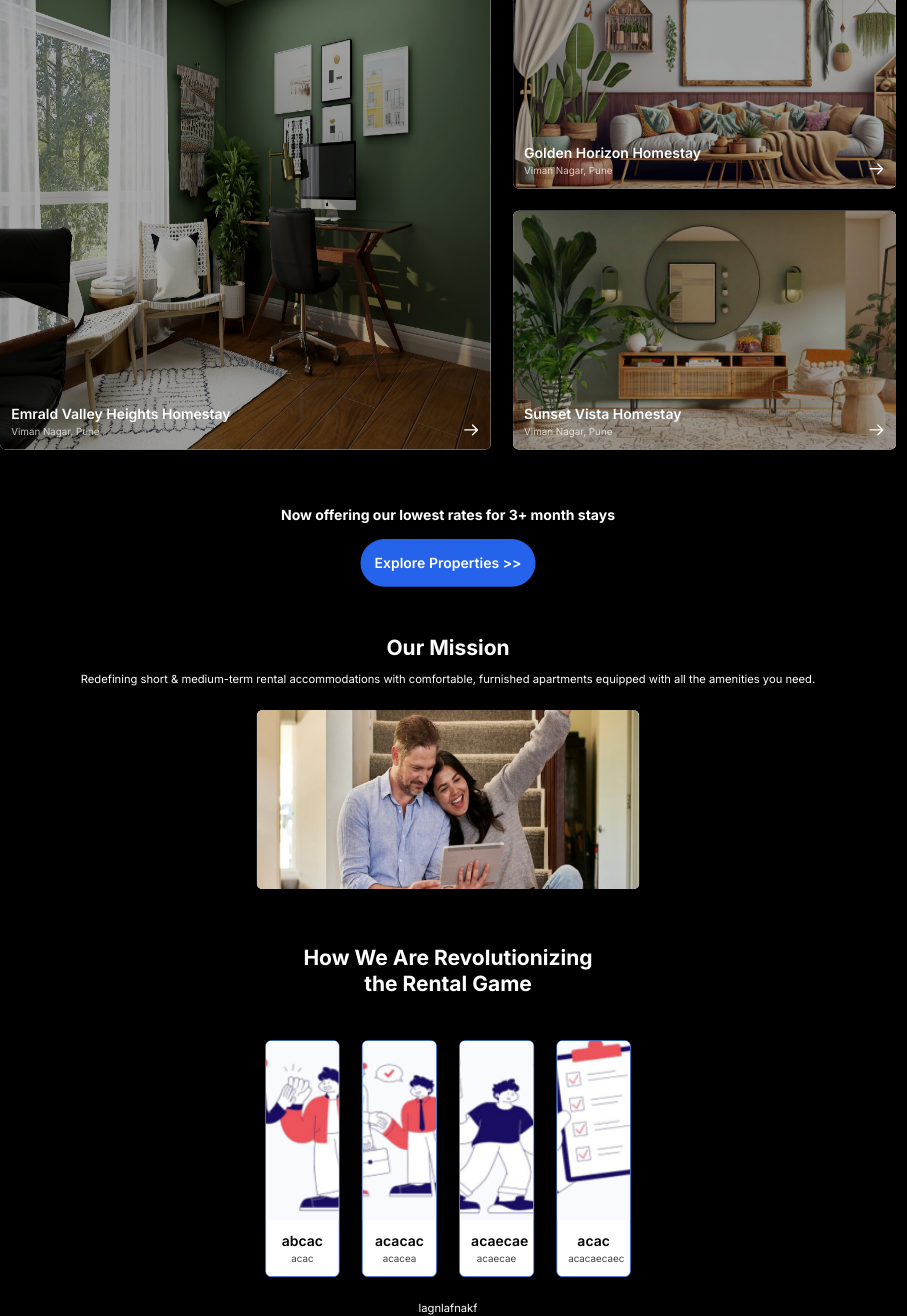
Repository: aditya-jha-kumar/BleisureHosting-V1
Page: /home
The author's editor kept a copy of each file at every save. The page is drawn from the files as they stood at one save, then again after a run of saves.
The browser window is 1280 px wide. The page is 1280 px wide, then 1296 px, then 1280 px, so the pictures cover 1296 px, including what lies to the right of the window. The pictures show the part of the page from y = 953 to 2833 px (the page is 2833 px tall before and 2777 px after), at 70% of full size.
The project was rebuilt for these pictures with package versions that can differ from the ones it lists, and the page was loaded fresh each time. The framework's server and built-in components were replaced by stand-ins that run in the browser. Also part of the build but not shown: next.config.mjs.

Above is the page before, as saved 2024-06-12 15:40:06.

### src/app/home/page.tsx
// Home.tsx
"use client";
// Home.tsx

import React from "react";
import Navbar from "@/components/navbar";
import Search from "@/components/Search";
import Hero from "@/components/hero";
import Card from "@/components/card";
import Button from "@/components/button";
import Card2 from "@/components/Card2";

export default function Home() {
  return (
    <div className="relative min-h-screen flex flex-col justify-center items-center">
      {/* Navbar */}
      <Navbar
        logoSrc="/logo.png"
        logoAlt=""
        option1="Place to stay"
        option2="Experience"
        option3="Nearby"
        option4="Contact"
        button1Label="Become a partner"
        button2Label="Sign up"
      />

      {/* Hero section */}
      <div className="relative rounded overflow-hidden flex-1">
        <Hero
          logoSrc="/hero.png"
          logoAlt="Your alt text here"
          className="rounded"
        />
        {/* Search component placed on Hero */}
        <div className="absolute inset-0 flex justify-center items-center">
          <Search placeholder="Search" />
        </div>
      </div>

      {/* Additional content */}
      <div className="flex flex-col items-center justify-center text-center mt-8 md:mt-12 px-4">
        <h1 className="text-3xl font-bold">Welcome to the future</h1>
        <p className="mt-4">
          Discover peace of mind, flexibility, and confidence for your next
          adventure - whether it's a new job, a temporary home, medical
          relocation, or travel cravings - with the ease and comfort of a
          Bleisure home
        </p>
      </div>

      {/* Cards */}
      <div className="flex justify-center mt-8 space-x-4 md:space-x-8">
        <Card
          imageSrc="/card1.png"
          largeText="Emrald Valley Heights Homestay"
          smallText="Viman Nagar, Pune"
          showOverlay
          showArrow
        />
        <div className="md:mt-4">
          {/* Add margin top for medium screens */}
          <Card
            imageSrc="/card2.png"
            largeText="Golden Horizon Homestay"
            smallText="Viman Nagar, Pune"
            showOverlay
            showArrow
          />
          <Card
            imageSrc="/card3.png"
            largeText="Sunset Vista Homestay"
            smallText="Viman Nagar, Pune"
            showOverlay
            showArrow
          />
        </div>
      </div>

      {/* Additional content */}
      <div className="flex flex-col items-center justify-center text-center mt-8 md:mt-12 px-4">
        <h1 className="text-xl font-bold">
          Now offering our lowest rates for 3+ month stays
        </h1>
        <Button text="Explore Properties >>" />
      </div>

      {/* Our Mission */}
      <div className="flex flex-col items-center justify-center text-center mt-8 md:mt-12 px-4">
        <h1 className="text-3xl font-bold">Our Mission</h1>
        <p className="mt-4">
          Redefining short & medium-term rental accommodations with comfortable,
          furnished apartments equipped with all the amenities you need.
        </p>
        <Card
          imageSrc="our-mission.png"
          largeText=""
          smallText=""
          smallSize // Pass this prop to decrease the size
        />
      </div>
      {/* revolutionizing */}
      <div>
        <div className="flex flex-col items-center justify-center text-center mt-8 md:mt-12 px-4">
          <h1 className="text-3xl font-bold">
            How We Are Revolutionizing <br /> the Rental Game
          </h1>
        </div>
      </div>
      <div className="flex justify-center mt-8 space-x-4 md:space-x-8">
        <Card2 imageSrc="/a1.png" largeText="abcac" smallText="acac" />
        <Card2 imageSrc="/a2.png" largeText="acacac" smallText="acacea" />
        <Card2 imageSrc="/a3.png" largeText="acaecae" smallText="acaecae" />
        <Card2 imageSrc="/a4.png" largeText="acac" smallText="acacaecaec" />
      </div>
      <div>
        <h1>lagnlafnakf</h1>
      </div>
    </div>
  );
}

### src/components/navbar.tsx
"use client"
import { useState } from "react";
import Link from "next/link";

interface NavbarProps {
  logoSrc: string;
  logoAlt: string;
  option1: string;
  option2: string;
  option3: string;
  option4: string;
  button1Label: string;
  button2Label: string;
}

const Navbar = ({
  logoSrc,
  logoAlt,
  option1,
  option2,
  option3,
  option4,
  button1Label,
  button2Label,
}: NavbarProps) => {
  const [isMenuOpen, setIsMenuOpen] = useState(false);

  const toggleMenu = () => {
    setIsMenuOpen(!isMenuOpen);
  };

  return (
    <nav className="bg-white dark:bg-white fixed w-full z-20 top-0 start-0 border-b">
      <div className="max-w-screen-xl flex flex-wrap items-center justify-between mx-auto p-4">
        <Link
          className="flex items-center space-x-3 rtl:space-x-reverse cursor-pointer"
          href="/"
        >
          <img src={logoSrc} className="h-8" alt={logoAlt} />
          <span className="self-center text-2xl font-semibold whitespace-nowrap dark:text-black">
            {logoAlt}
          </span>
        </Link>
        <div className="flex md:order-2 space-x-3 md:space-x-0 rtl:space-x-reverse">
          <button
            type="button"
            className="text-black bg-white border-black border-2 focus:ring-4 font-medium rounded-lg text-sm px-4 py-2 text-center transition duration-300 ease-in-out hover:bg-black hover:text-white hover:border-gray-800"
          >
            {button1Label}
          </button>

          <span className="px-2 py-2">|</span>
          <button
            type="button"
            className="text-white bg-blue-700 hover:bg-blue-800 focus:ring-4 focus:outline-none focus:ring-blue-300 font-medium rounded-lg text-sm px-4 py-2 text-center dark:bg-blue-600 dark:hover:bg-blue-700 dark:focus:ring-blue-800 transition duration-300 ease-in-out"
          >
            {button2Label}
          </button>

          <button
            data-collapse-toggle="navbar-sticky"
            type="button"
            className="inline-flex items-center p-2 w-10 h-10 justify-center text-sm text-gray-500 rounded-lg md:hidden hover:bg-gray-100 focus:outline-none focus:ring-2 focus:ring-gray-200 dark:text-gray-400 dark:hover:bg-gray-700 dark:focus:ring-gray-600 transition duration-300 ease-in-out"
            aria-controls="navbar-sticky"
            aria-expanded="false"
            onClick={toggleMenu}
          >
            <span className="sr-only">Open main menu</span>
            <svg
              className="w-5 h-5"
              aria-hidden="true"
              xmlns="http://www.w3.org/2000/svg"
              fill="none"
              viewBox="0 0 17 14"
            >
              <path
                stroke="currentColor"
                strokeLinecap="round"
                strokeLinejoin="round"
                strokeWidth="2"
                d="M1 1h15M1 7h15M1 13h15"
              />
            </svg>
          </button>
        </div>
        <div
          className={`items-center justify-between w-full md:flex md:w-auto md:order-1 ${
            isMenuOpen ? "block" : "hidden"
          }`}
          id="navbar-sticky"
        >
          <ul className="flex flex-col p-4 md:p-0 mt-4 font-medium border border-gray-100 rounded-lg bg-gray-50 md:space-x-8 rtl:space-x-reverse md:flex-row md:mt-0 md:border-0 md:bg-white">
            <li>
              <Link
                className="block py-2 px-3 text-gray-900 rounded hover:bg-gray-100 md:hover:bg-transparent md:hover:text-blue-700 md:p-0 md:dark:hover:text-blue-500 dark:text-black dark:hover:bg-gray-700 dark:hover:text-black md:dark:hover:bg-transparent dark:border-gray-700 transition duration-300 ease-in-out"
                aria-current="page"
                href="/placetostay"
              >
                {option1}
              </Link>
            </li>
            <li>
              <Link
                className="block py-2 px-3 text-gray-900 rounded hover:bg-gray-100 md:hover:bg-transparent md:hover:text-blue-700 md:p-0 md:dark:hover:text-blue-500 dark:text-black dark:hover:bg-gray-700 dark:hover:text-black md:dark:hover:bg-transparent dark:border-gray-700 transition duration-300 ease-in-out"
                href="/about"
              >
                {option2}
              </Link>
            </li>
            <li>
              <Link
                className="block py-2 px-3 text-gray-900 rounded hover:bg-gray-100 md:hover:bg-transparent md:hover:text-blue-700 md:p-0 md:dark:hover:text-blue-500 dark:text-black dark:hover:bg-gray-700 dark:hover:text-black md:dark:hover:bg-transparent dark:border-gray-700 transition duration-300 ease-in-out"
                href="/services"
              >
                {option3}
              </Link>
            </li>
            <li>
              <Link
                className="block py-2 px-3 text-gray-900 rounded hover:bg-gray-100 md:hover:bg-transparent md:hover:text-blue-700 md:p-0 md:dark:hover:text-blue-500 dark:text-black dark:hover:bg-gray-700 dark:hover:text-black md:dark:hover:bg-transparent dark:border-gray-700 transition duration-300 ease-in-out"
                href="/contact"
              >
                {option4}
              </Link>
            </li>
          </ul>
        </div>
      </div>
    </nav>
  );
};

export default Navbar;

### src/components/Search.tsx
"use client";
import React from "react";

interface SearchProps {
  placeholder: string;
}

const Search = ({ placeholder }: SearchProps) => {
  return (
    <div className="relative">
      <input
        type="text"
        placeholder={placeholder}
        className="w-full h-12 px-4 py-2 rounded-lg border border-gray-300 focus:outline-none focus:border-blue-500"
      />
      <button className="absolute inset-y-0 right-0 flex items-center px-4 bg-blue-500 text-white rounded-r-lg">
        Search
      </button>
    </div>
  );
};

export default Search;

### src/components/hero.tsx
"use client";
import React from "react";

interface HeroProps {
  logoSrc: string;
  logoAlt: string;
  className?: string; // Make className optional
}

const Hero = ({ logoSrc, logoAlt, className }: HeroProps) => {
  return (
    <div className={className}>
      <div>
        <img src={logoSrc} alt={logoAlt} />
      </div>
    </div>
  );
};

export default Hero;

### src/components/card.tsx
"use client";
import React from "react";

interface CardProps {
  imageSrc: string;
  largeText: string;
  smallText: string;
  showOverlay?: boolean; // Optional prop to show/hide overlay
  showArrow?: boolean; // Optional prop to show/hide arrow
  smallSize?: boolean; // Optional prop to decrease card size
}

const Card = ({
  imageSrc,
  largeText,
  smallText,
  showOverlay = false,
  showArrow = false,
  smallSize = false,
}: CardProps) => {
  return (
    <div
      className={`relative bg-white rounded-lg shadow-md overflow-hidden group my-8 ${
        smallSize ? "w-250 h-64" : "w-full h-auto"
      }`}
    >
      {/* Image */}
      <div className="w-full h-full relative">
        <img src={imageSrc} alt="Card" className="w-full h-full" />
        {/* Black overlay */}
        {showOverlay && (
          <div className="absolute inset-0 bg-black opacity-35 rounded-lg"></div>
        )}
      </div>

      {/* Large Text */}
      <div className="absolute bottom-0 left-0 p-4">
        <h2 className="text-xl font-semibold text-white">{largeText}</h2>
        <p className="text-sm text-white opacity-75">{smallText}</p>
      </div>

      {/* Arrow Icon */}
      {showArrow && (
        <div className="absolute bottom-0 right-0 p-4">
          <svg
            xmlns="http://www.w3.org/2000/svg"
            className="h-6 w-6 text-white"
            fill="none"
            viewBox="0 0 24 24"
            stroke="currentColor"
          >
            <path
              strokeLinecap="round"
              strokeLinejoin="round"
              strokeWidth={2}
              d="M14 5l7 7m0 0l-7 7m7-7H3"
            />
          </svg>
        </div>
      )}
    </div>
  );
};

export default Card;

### src/components/button.tsx
import React from "react";

interface ButtonProps {
  text: string;
  onClick?: () => void;
  disabled?: boolean;
}

const Button = ({ text, onClick, disabled = false }: ButtonProps) => {
  return (
    <button
      type="button"
      onClick={onClick}
      disabled={disabled}
      className={`py-5 px-5 my-5 text-xl inline-flex items-center gap-x-2 font-semibold rounded-full ${
        disabled
          ? "opacity-50 cursor-not-allowed"
          : "bg-blue-600 text-white hover:bg-blue-700"
      }`}
    >
      {text}
    </button>
  );
};

export default Button;

### src/components/Card2.tsx
// Card2.tsx
"use client";
import React from "react";

interface CardProps {
  imageSrc: string;
  largeText: string;
  smallText: string;
}

const Card2 = ({ imageSrc, largeText, smallText }: CardProps) => {
  return (
    <div className=" w-full h-auto bg-white border border-blue-500 rounded-lg shadow-md overflow-hidden my-8">
      {/* Background Image */}
      <div
        className="w-full h-64 bg-cover bg-center"
        style={{ backgroundImage: `url(${imageSrc})` }}
      />

      {/* Content */}
      <div className="p-4 text-center text-black">
        <h2 className="text-xl font-semibold">{largeText}</h2>
        <p className="text-sm opacity-75">{smallText}</p>
      </div>
    </div>
  );
};

export default Card2;

### tailwind.config.ts
module.exports = {
  content: [
    "./src/pages/**/*.{js,ts,jsx,tsx}",
    "./src/components/**/*.{js,ts,jsx,tsx}",
    "./src/app/**/*.{js,ts,jsx,tsx}",
    "node_modules/preline/dist/*.js",
  ],
  theme: {
    extend: {
      backgroundImage: {
        "gradient-radial": "radial-gradient(var(--tw-gradient-stops))",
        "gradient-conic":
          "conic-gradient(from 180deg at 50% 50%, var(--tw-gradient-stops))",
      },
    },
  },
  plugins: [require("preline/plugin")],
};

Loaded but not shown: src/app/layout.tsx (common file); src/app/globals.css (common file)

After the next 3 saves:
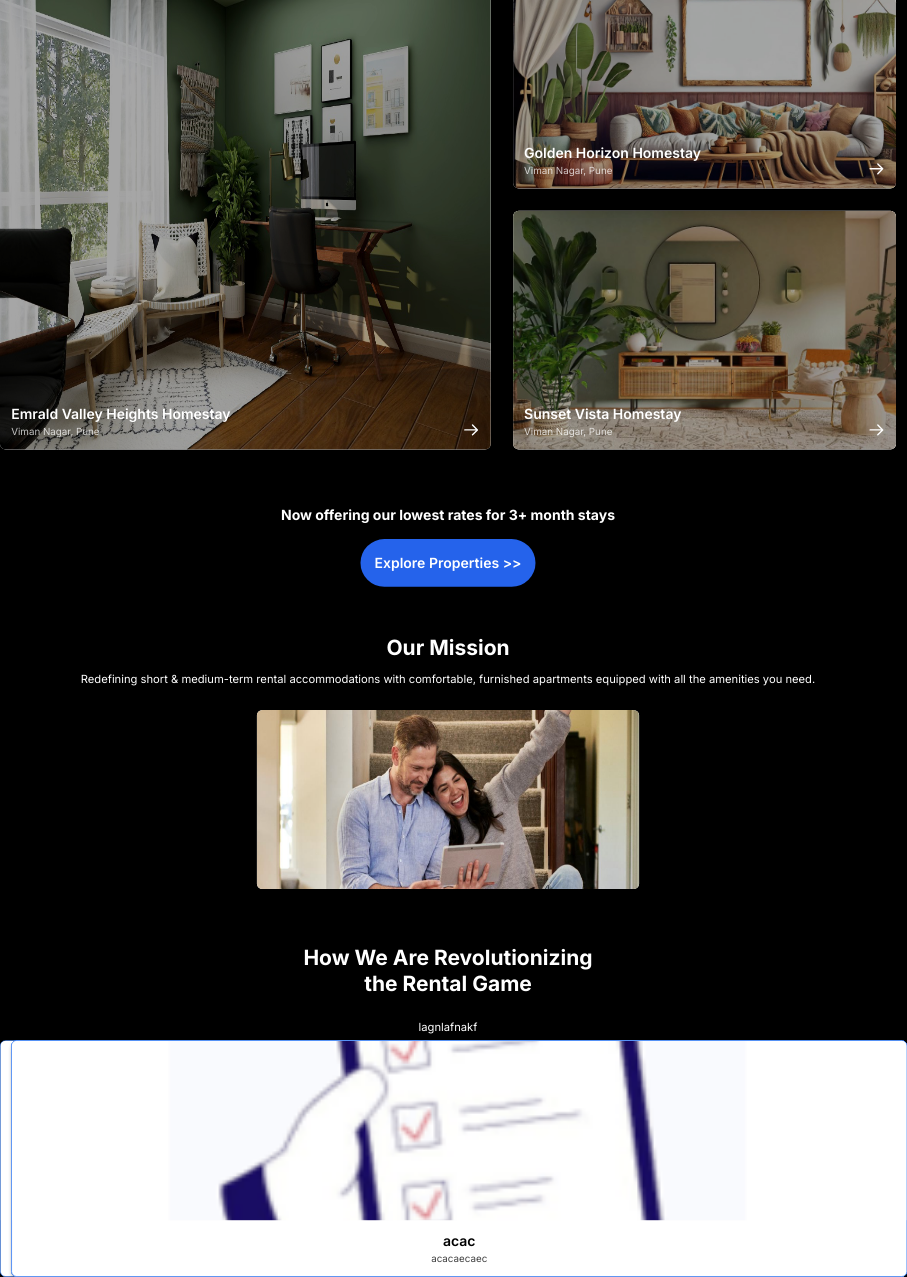
The 3 saves are shown as one change because they came seconds apart.
The last was saved 6 s later.
--- a/src/components/Card2.tsx
+++ b/src/components/Card2.tsx
@@ -10,7 +10,7 @@
 
 const Card2 = ({ imageSrc, largeText, smallText }: CardProps) => {
   return (
-    <div className=" w-full h-auto bg-white border border-blue-500 rounded-lg shadow-md overflow-hidden my-8">
+    <div className="absolute w-full h-auto bg-white border border-blue-500 rounded-lg shadow-md overflow-hidden my-8">
       {/* Background Image */}
       <div
         className="w-full h-64 bg-cover bg-center"

After the 3 saves that followed:
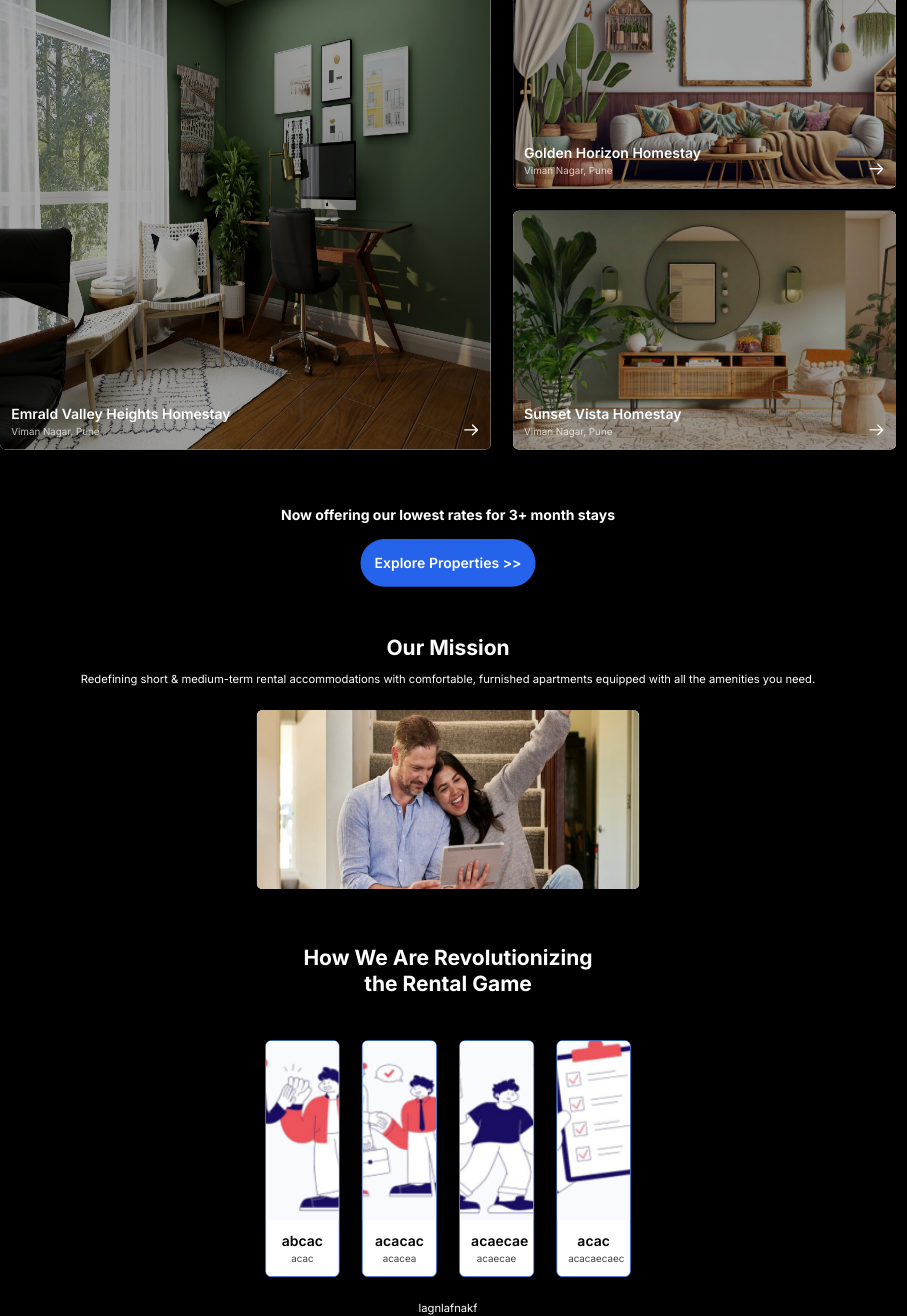
The 3 saves are shown as one change because they came seconds apart.
The last was saved 8 s later.
--- a/src/components/Card2.tsx
+++ b/src/components/Card2.tsx
@@ -10,7 +10,7 @@
 
 const Card2 = ({ imageSrc, largeText, smallText }: CardProps) => {
   return (
-    <div className="absolute w-full h-auto bg-white border border-blue-500 rounded-lg shadow-md overflow-hidden my-8">
+    <div className="relative w-full h-auto bg-white border border-blue-500 rounded-lg shadow-md overflow-hidden my-8">
       {/* Background Image */}
       <div
         className="w-full h-64 bg-cover bg-center"
